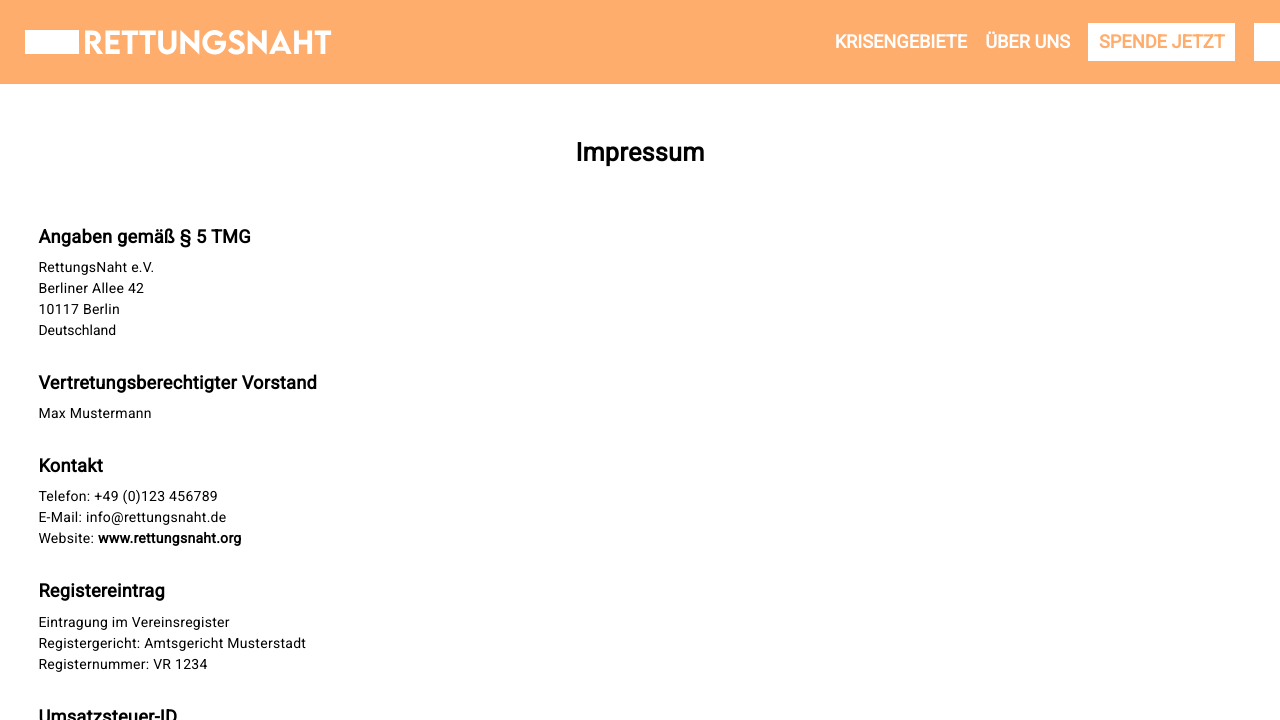
Repository: chriZVee/rettungsnaht
Page: /imprint
The author's editor kept a copy of each file at every save. The page is drawn from the files as they stood at one save, then again after the next save.
The browser window is 1280 px wide. The pictures show the whole page.
An inner scrolling area shows only its first screen. The project was rebuilt for these pictures with package versions that can differ from the ones it lists, and the page was loaded fresh each time. Also part of the build but not shown: vite.config.js, src/index.css, src/styles/hero.css, src/components/Hero.jsx, src/styles/form.css, src/components/form/AreaSelection.jsx, src/components/form/ContactData.jsx, src/components/form/DonationMethod.jsx and 17 more.

Above is the page before, as saved 2025-04-17 14:48:58.

After the next save:
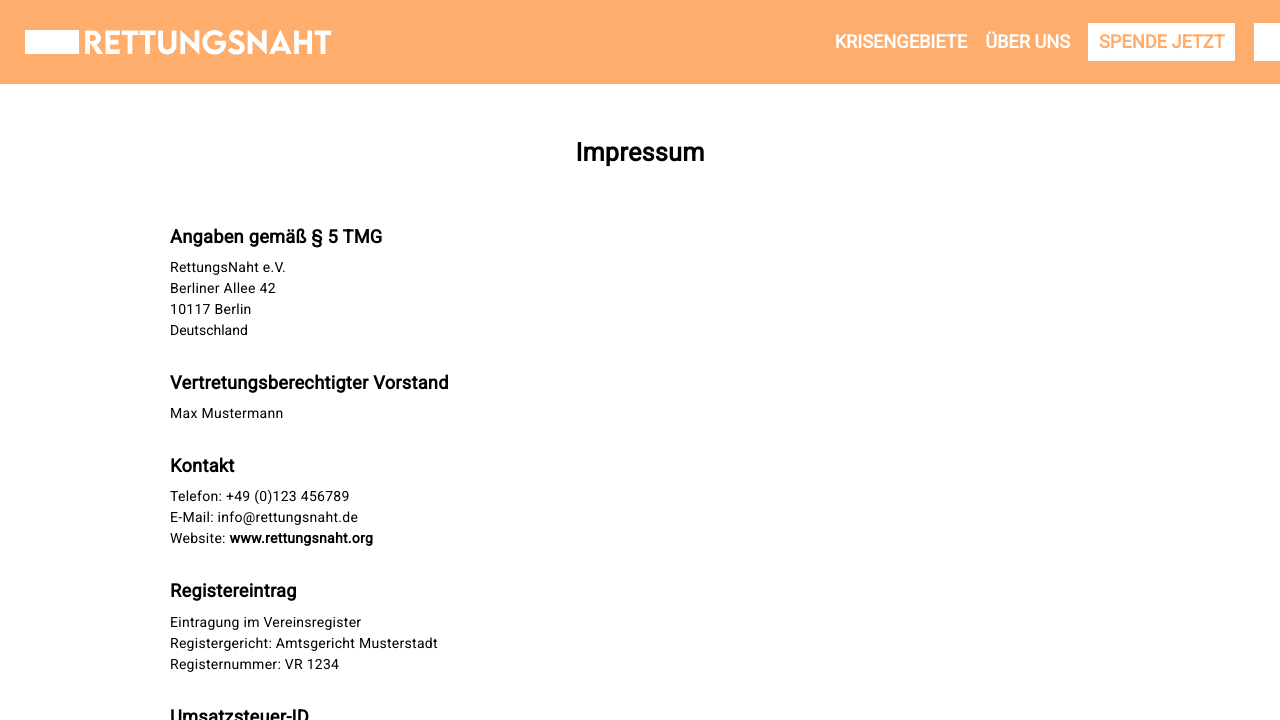
Saved 19 s later.
--- a/src/styles/global.css
+++ b/src/styles/global.css
@@ -124,20 +124,20 @@ a {
   margin: 0 auto;
 }
 
-/* @media (max-width: 1440px) {
+@media (max-width: 1440px) {
   .container {
     width: 100%;
     max-width: 1200px;
   }
 }
 
-/* @media (max-width: 1280px) {
+@media (max-width: 1280px) {
   .container {
     width: 100%;
     max-width: 1024px;
     padding: 0 3rem;
   }
-} */
+}
 
 /* Laptop/Tablet */
 @media (max-width: 1024px) {
@@ -162,7 +162,6 @@ a {
     padding: 0 0.75rem;
   }
 }
-*/
 
 /* Fieldset reset */
 fieldset {
